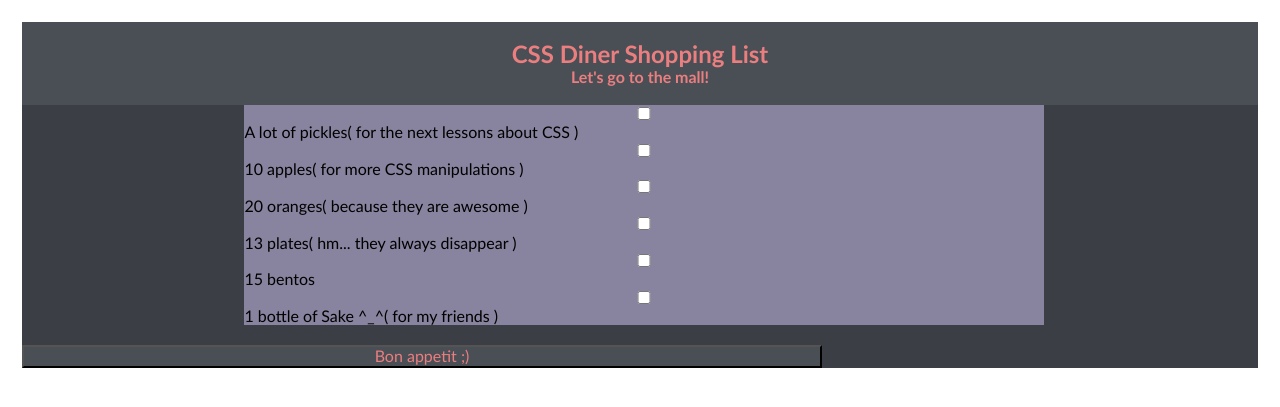
Repository: shpakovskaya/github.io
Page: selector css/shopping list/index.html
The author's editor kept a copy of each file at every save. The page is drawn from the files as they stood at one save, then again after the next save.
The browser window is 1280 px wide. The pictures show the whole page.

Above is the page before, as saved 2021-10-25 22:06:23.

### selector css/shopping list/index.html
<!DOCTYPE html>
<html lang="en">
  <head>
    <meta charset="UTF-8" />
    <meta http-equiv="X-UA-Compatible" content="IE=edge" />
    <meta name="viewport" content="width=device-width, initial-scale=1.0" />
    <title>Shopping list</title>
    <link rel="shortcut icon" href="./favicon.ico" type="image/x-icon" />
    <link
      rel="stylesheet"
      href="https://cdnjs.cloudflare.com/ajax/libs/normalize/8.0.1/normalize.min.css"
      integrity="sha512-NhSC1YmyruXifcj/KFRWoC561YpHpc5Jtzgvbuzx5VozKpWvQ+4nXhPdFgmx8xqexRcpAglTj9sIBWINXa8x5w=="
      crossorigin="anonymous"
      referrerpolicy="no-referrer"
    />
    <link rel="stylesheet" href="./style.css" />
  </head>
  <body>
    <div class="container">
      <header class="header">
        <header class="header__wrapper">
          <br />
          <h2>CSS Diner Shopping List</h2>
          <h4>Let's go to the mall!</h4>
          <br />
        </header>
      </header>
      <div class="list">
        <form class="list__wrapper">
          <div>
            <input type="checkbox" id="pickles" name="pickles" />
            <label for="pickles">
              <span class="e-pickles">A lot of pickles</span></label
            >
          </div>
          <div>
            <input type="checkbox" id="apples" name="apples" />
            <label for="apples">
              <span class="e-apples">10 apples</span>
            </label>
          </div>
          <div>
            <input type="checkbox" id="oranges" name="oranges" />
            <label for="oranges"
              ><span class="e-oranges">20 oranges</span>
            </label>
          </div>
          <div>
            <input type="checkbox" id="plates" name="plates" />
            <label for="plates"><span class="e-plates">13 plates</span></label>
          </div>
          <div>
            <input type="checkbox" id="bentos" name="bentos" />
            <label for="bentos"><span class="e-bentos">15 bentos</span></label>
          </div>
          <div>
            <input type="checkbox" id="bottle" name="bottle" />
            <label for="bottle"
              ><span class="e-bottle">1 bottle of Sake ^_^</span></label
            >
          </div>
        </form>
      </div>
      <div class="submit">
        <input type="submit" class="bon__wrapper" value="Bon appetit ;)" />
      </div>
    </div>
  </body>
</html>

### selector css/shopping list/style.css
* {
  margin: 0;
  padding: 0;
  box-sizing: border-box;
  width: 100%;
  transition: all 0.1s ease-in;
}

.container {
  width: 100%;
  max-width: 1920px;
  height: 100%;
  box-sizing: border-box;
  background: #3b3f45;
  border: #ffff solid 22px;
  font-family: "Trebuchet MS", Arial, sans-serif;
}
.header__wrapper {
  width: 100%;
  height: 20%;
  color: #eb7e7f;
  background: #4a4f56;
  text-align: center;
}
.list__wrapper {
  box-sizing: border-box;
  width: 800px;
  background-color: #88839e;
  position: relative;
  left: 18%;
  display: block;
  justify-items: left;
}

.list__wrapper label {
  white-space: nowrap;
}

.e-pickles::after {
  content: "( for the next lessons about CSS )";
  font-size: 16px;
}

.e-apples::after {
  content: "( for more CSS manipulations )";
  font-size: 16px;
}

.e-oranges::after {
  content: "( because they are awesome )";
  font-size: 16px;
}

.e-plates::after {
  content: "( hm... they always disappear )";
  font-size: 16px;
}

.e-bottle::after {
  content: "( for my friends )";
  font-size: 16px;
}

.e-pickles::before {
  content: normal;
}

.bon__wrapper {
  width: 800px;
  box-sizing: border-box;
  background: #4a4f56;
  color: #eb7e7f;
  margin-top: 20px;
  margin-left: ;
}

After the next save:
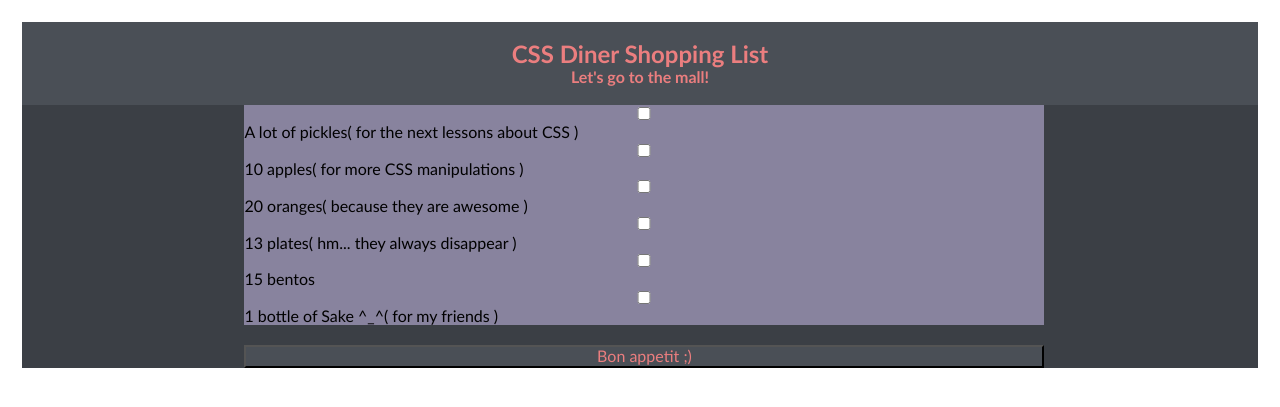
Saved 65 s later.
--- a/selector css/shopping list/style.css
+++ b/selector css/shopping list/style.css
@@ -71,5 +71,5 @@
   background: #4a4f56;
   color: #eb7e7f;
   margin-top: 20px;
-  margin-left: ;
+  margin-left: 18%;
 }

After the save that followed:
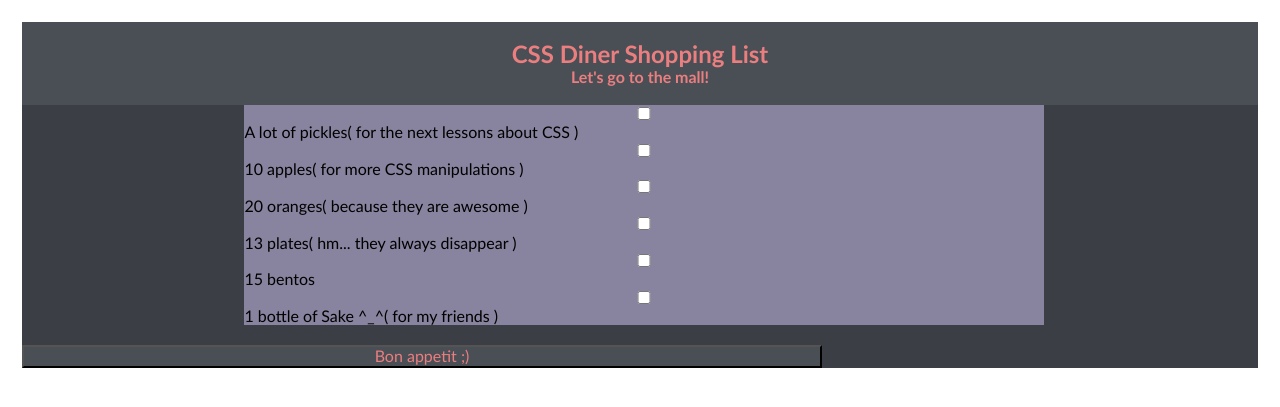
Saved 117 s later.
--- a/selector css/shopping list/style.css
+++ b/selector css/shopping list/style.css
@@ -71,5 +71,6 @@
   background: #4a4f56;
   color: #eb7e7f;
   margin-top: 20px;
-  margin-left: 18%;
+  display: flex;
+  justify-content: center;
 }
